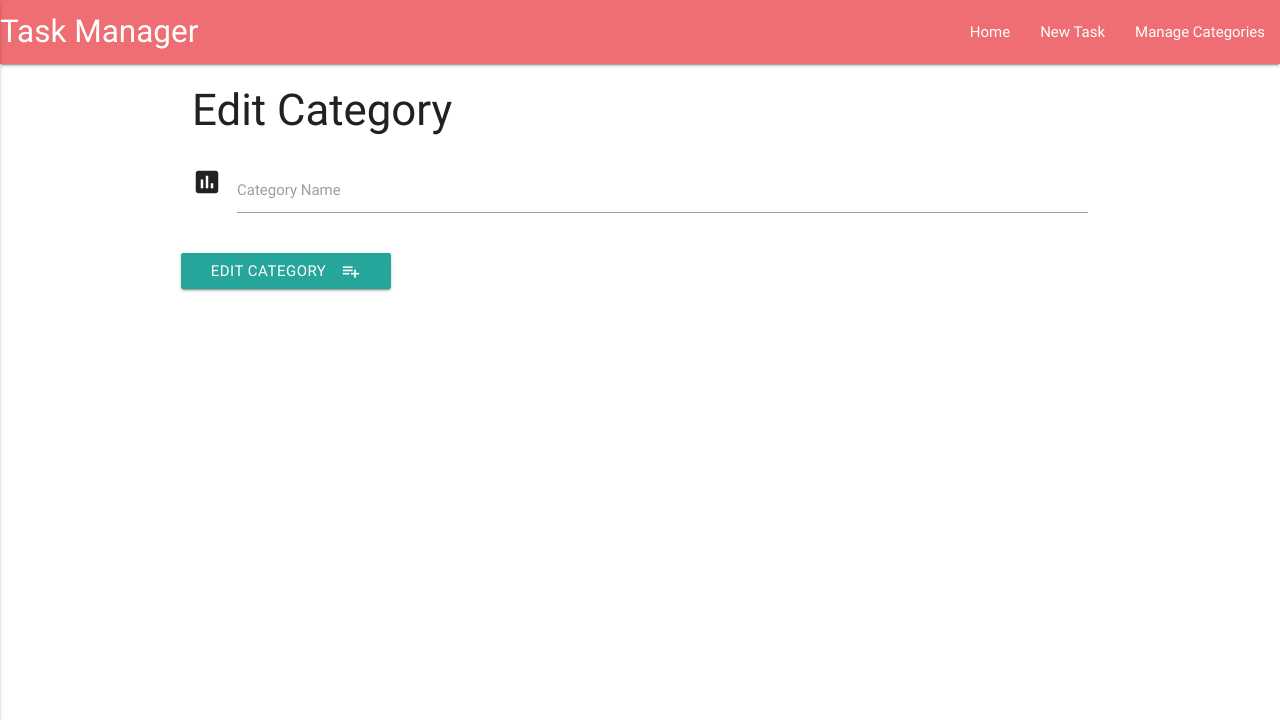
Repository: ALDrinkwater1989/task-manager
Page: templates/editcategory.html
The author's editor kept a record of every edit. The page is drawn from the files as they stood at one moment, then again after the next edit.
The browser window is 1280 px wide. The pictures show the whole page.
Some web libraries are served in a nearby version. The page is served by the project's application, run on Flask 3 (app.py). The template is opened directly, without the code that normally fills it, so the values that code supplies are empty.

Above is the page before.
Console error: TypeError: Cannot read properties of undefined (reading 'set')

After the next edit:
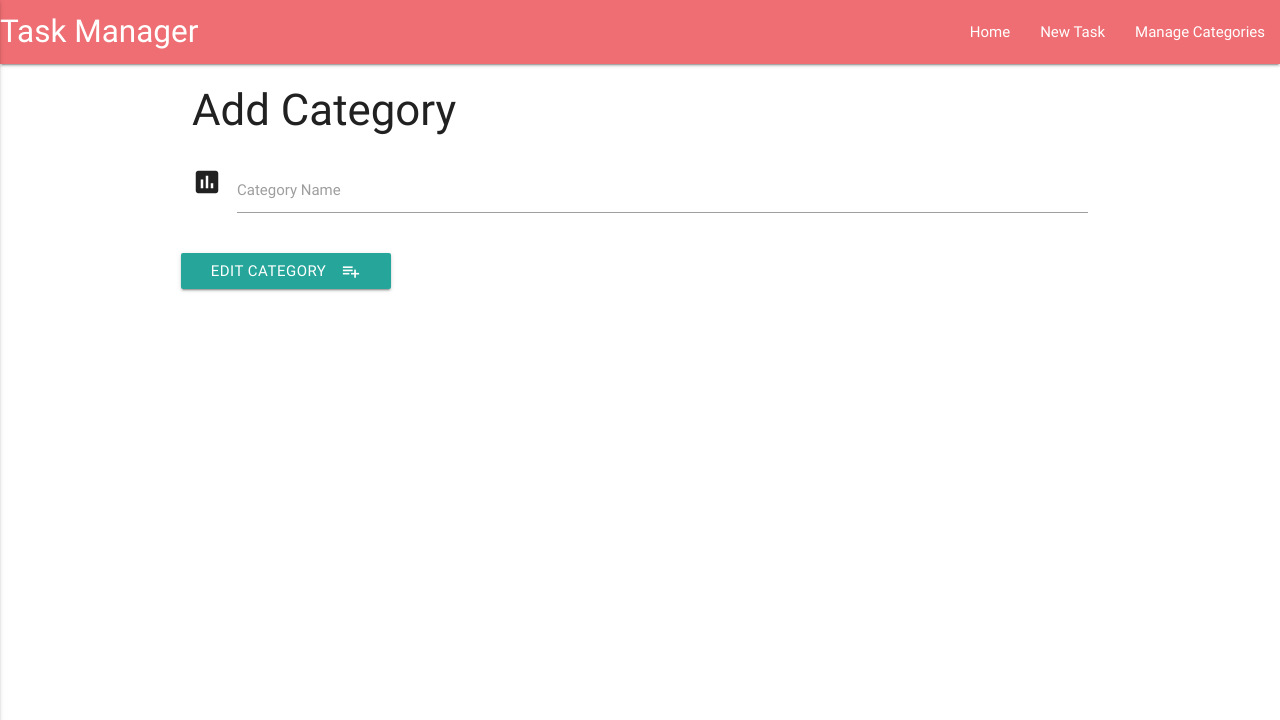
The edit:
--- a/templates/editcategory.html
+++ b/templates/editcategory.html
@@ -1,6 +1,6 @@
 {% extends 'base.html' %} {% block content %}
 
-<h3>Edit Category</h3>
+<h3>Add Category</h3>
 <div class="row">
     <form action="{{ url_for('update_category', category_id = category._id) }}" method="POST" class="col s12">
 
